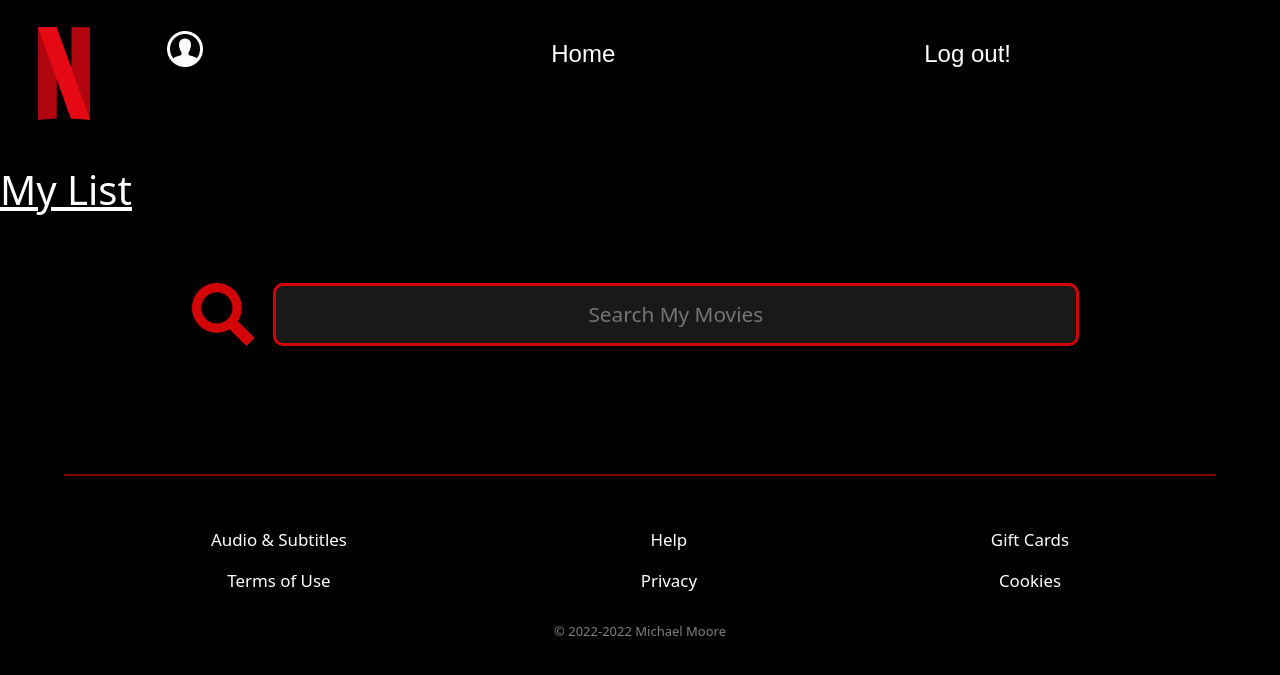
Repository: MikeMoore55/Vue-NetflixClone-main
Page: src/pages/watch-list-page.html
An editor plug-in stored every save of this project. The page is shown before and after the next save, followed by the edit.
The browser window is 1280 px wide. The pictures show the whole page.

Above is the page before, as saved 2022-05-08 11:59:25.
Console error: TypeError: Cannot read properties of null (reading '0')

After the next save:
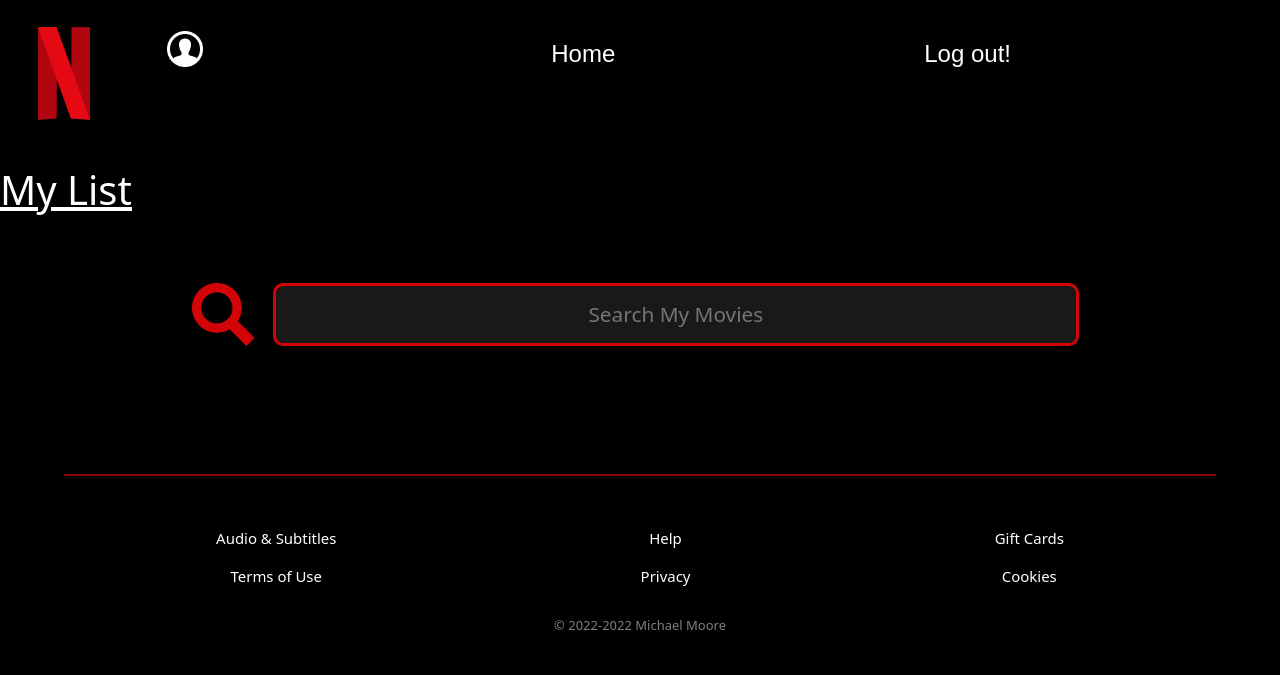
Saved 34 s later.
--- a/src/css/watchlist.css
+++ b/src/css/watchlist.css
@@ -250,7 +250,7 @@
 footer .footer-grid-wrapper {
   list-style-type: none;
   color: white;
-  font-size: 1.3em;
+  font-size: 1.15em;
   text-align: center;
 }
 
